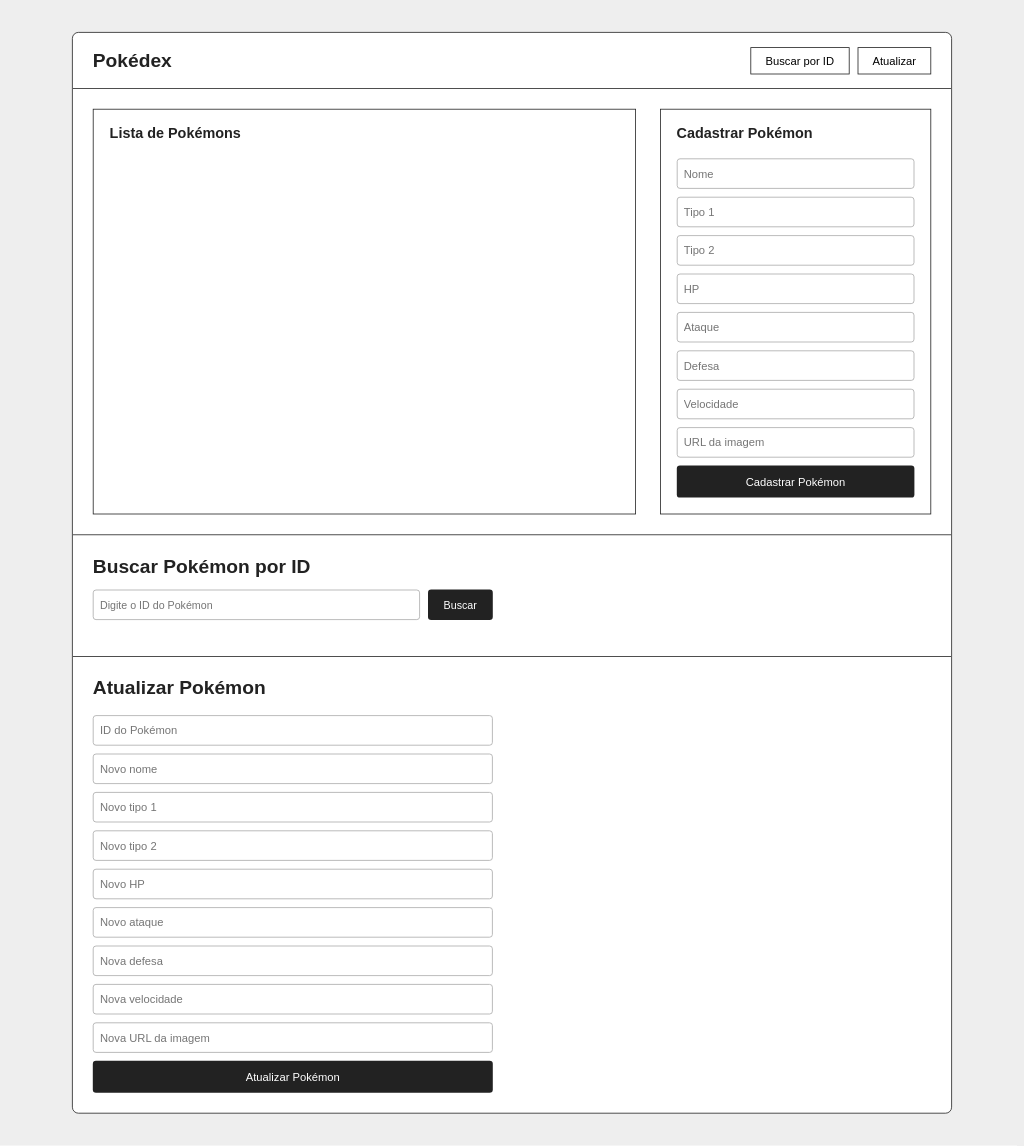
Repository: arthurSchgg/pokedex
Page: front-end/index.html
An editor plug-in stored every save of this project. The page is shown before and after a run of saves, followed by the edit.
The browser window is 1280 px wide. The pictures show the whole page, at 80% of full size.
The page's requests for data from a server got no answer.

Above is the page before, as saved 2026-10-01 16:35:03.

### front-end/index.html
<!DOCTYPE html>
<html lang="pt-br">

<head>
    <meta charset="UTF-8">
    <meta name="viewport" content="width=device-width, initial-scale=1.0">

    <link rel="stylesheet" href="style.css">

    <title>Pokédex</title>
</head>

<body>
    <div id="app">
        <header>

            <h1>Pokédex</h1>

            <nav>
                <button id="btn-buscar">
                    Buscar por ID
                </button>

                <button id="btn-atualizar">
                    Atualizar
                </button>
            </nav>

        </header>
        <main>

            <section class="lista">

                <h2>Lista de Pokémons</h2>

                <div id="container-pokemon">
                </div>

            </section>

            <aside class="lateral">

                <h2>Cadastrar Pokémon</h2>

                <form id="pokemon-form">

                    <input
                        id="nome"
                        type="text"
                        placeholder="Nome"
                        required
                    >

                    <input
                        id="tipo1"
                        type="text"
                        placeholder="Tipo 1"
                        required
                    >

                    <input
                        id="tipo2"
                        type="text"
                        placeholder="Tipo 2"
                    >

                    <input
                        id="hp"
                        type="number"
                        placeholder="HP"
                        required
                    >

                    <input
                        id="ataque"
                        type="number"
                        placeholder="Ataque"
                        required
                    >

                    <input
                        id="defesa"
                        type="number"
                        placeholder="Defesa"
                        required
                    >

                    <input
                        id="velocidade"
                        type="number"
                        placeholder="Velocidade"
                        required
                    >

                    <input
                        id="imagem_url"
                        type="text"
                        placeholder="URL da imagem"
                        required
                    >

                    <button type="submit">
                        Cadastrar Pokémon
                    </button>

                </form>

            </aside>

        </main>

        <section id="area-buscar">

            <h2>Buscar Pokémon por ID</h2>

            <div class="busca">

                <input
                    type="number"
                    id="id"
                    placeholder="Digite o ID do Pokémon"
                >

                <button id="buscar-pokemon">
                    Buscar
                </button>

            </div>

            <div id="pokemon-buscado"></div>

        </section>

        <section id="area-atualizar">

            <h2>Atualizar Pokémon</h2>

            <form id="pokemon-update-form">

                <input
                    type="number"
                    id="update-id"
                    placeholder="ID do Pokémon"
                    required
                >

                <input
                    type="text"
                    id="update-nome"
                    placeholder="Novo nome"
                    required
                >

                <input
                    type="text"
                    id="update-tipo1"
                    placeholder="Novo tipo 1"
                    required
                >

                <input
                    type="text"
                    id="update-tipo2"
                    placeholder="Novo tipo 2"
                >

                <input
                    type="number"
                    id="update-hp"
                    placeholder="Novo HP"
                    required
                >

                <input
                    type="number"
                    id="update-ataque"
                    placeholder="Novo ataque"
                    required
                >

                <input
                    type="number"
                    id="update-defesa"
                    placeholder="Nova defesa"
                    required
                >

                <input
                    type="number"
                    id="update-velocidade"
                    placeholder="Nova velocidade"
                    required
                >

                <input
                    type="text"
                    id="update-imagem_url"
                    placeholder="Nova URL da imagem"
                    required
                >

                <button type="submit">
                    Atualizar Pokémon
                </button>

            </form>

        </section>

    </div>

    <script src="script.js"></script>

</body>
</html>

### front-end/style.css
* {
    box-sizing: border-box;
    margin: 0;
    padding: 0;
}

body {
    font-family: Arial, Helvetica, sans-serif;

    background-color: #eeeeee;

    color: #222;

    padding: 40px;
}


/* =========================================
   APLICAÇÃO
========================================= */

#app {
    width: 1100px;

    max-width: 100%;

    margin: auto;

    background-color: white;

    border: 1px solid #222;

    border-radius: 8px;

    overflow: hidden;
}


/* =========================================
   HEADER
========================================= */

header {
    height: 70px;

    display: flex;

    align-items: center;

    justify-content: space-between;

    padding: 0 25px;

    border-bottom: 1px solid #222;
}

header h1 {
    font-size: 24px;
}

header nav {
    display: flex;

    gap: 10px;
}

header button {
    background-color: white;

    border: 1px solid #222;

    padding: 8px 18px;

    font-size: 14px;

    cursor: pointer;
}

header button:hover {
    background-color: #222;

    color: white;
}


/* =========================================
   ÁREA PRINCIPAL
========================================= */

main {
    display: grid;

    grid-template-columns: 2fr 1fr;

    gap: 30px;

    padding: 25px;
}


/* =========================================
   LISTA
========================================= */

.lista {
    border: 1px solid #222;

    padding: 20px;

    min-height: 500px;
}

.lista h2 {
    margin-bottom: 20px;

    font-size: 18px;
}


/* =========================================
   CONTAINER DOS POKÉMONS
========================================= */

#container-pokemon {
    display: grid;

    grid-template-columns: repeat(3, 1fr);

    gap: 15px;

    max-height: 430px;

    overflow-y: auto;

    padding-right: 5px;
}


/* =========================================
   CARD DO POKÉMON
========================================= */

.card-pokemon {
    border: 1px solid #ccc;

    border-radius: 8px;

    padding: 12px;

    text-align: center;

    background-color: #fafafa;

    cursor: pointer;

    transition: 0.2s;
}

.card-pokemon:hover {
    transform: translateY(-3px);

    border-color: #222;

    box-shadow: 0 4px 10px rgba(0, 0, 0, 0.15);
}

.card-pokemon img {
    width: 100px;

    height: 100px;

    object-fit: contain;

    margin: 10px auto;
}

.card-pokemon h2 {
    font-size: 17px;

    margin-bottom: 6px;
}

.card-pokemon p {
    font-size: 13px;
}

.pokemon-id {
    color: #777;

    font-size: 12px !important;
}

.pokemon-tipos {
    font-size: 13px;

    margin-top: 5px;
}


/* =========================================
   LADO DIREITO
========================================= */

.lateral {
    border: 1px solid #222;

    padding: 20px;

    min-height: 500px;
}

.lateral h2 {
    font-size: 18px;

    margin-bottom: 20px;
}


/* =========================================
   FORMULÁRIOS
========================================= */

form {
    display: flex;

    flex-direction: column;

    gap: 10px;
}

form input {
    width: 100%;

    height: 38px;

    padding: 8px;

    border: 1px solid #aaa;

    border-radius: 4px;

    font-size: 14px;
}

form input:focus {
    outline: none;

    border-color: #222;
}

form button {
    height: 40px;

    border: none;

    border-radius: 4px;

    background-color: #222;

    color: white;

    cursor: pointer;

    font-size: 14px;
}

form button:hover {
    background-color: #444;
}


/* =========================================
   BUSCAR
========================================= */

#area-buscar {
    border-top: 1px solid #222;

    padding: 25px;
}

#area-buscar h2 {
    margin-bottom: 15px;
}

.busca {
    display: flex;

    gap: 10px;

    max-width: 500px;
}

.busca input {
    flex: 1;

    height: 38px;

    padding: 8px;

    border: 1px solid #aaa;

    border-radius: 4px;
}

.busca button {
    padding: 0 20px;

    border: none;

    background-color: #222;

    color: white;

    border-radius: 4px;

    cursor: pointer;
}


/* =========================================
   RESULTADO DA BUSCA
========================================= */

#pokemon-buscado {
    margin-top: 20px;
}

#pokemon-buscado .card-pokemon {
    max-width: 350px;

    cursor: default;
}


/* =========================================
   ATUALIZAÇÃO
========================================= */

#area-atualizar {
    border-top: 1px solid #222;

    padding: 25px;
}

#area-atualizar h2 {
    margin-bottom: 20px;
}

#pokemon-update-form {
    max-width: 500px;
}


/* =========================================
   RESPONSIVO
========================================= */

@media (max-width: 800px) {

    body {
        padding: 10px;
    }

    main {
        grid-template-columns: 1fr;
    }

    #container-pokemon {
        grid-template-columns: repeat(2, 1fr);
    }

    header {
        height: auto;

        padding: 20px;

        gap: 15px;

        flex-direction: column;
    }

}


@media (max-width: 500px) {

    #container-pokemon {
        grid-template-columns: 1fr;
    }

}

### front-end/script.js
const API_URL = "http://localhost:8181/v1/pokedex";

//Lista os pokemons
async function carregarPokemon() {
    try {
        const resposta = await fetch(`${API_URL}/listar`);

        if (!resposta.ok) {
            throw new Error(`Erro no servidor: ${resposta.status}`);
        }

        const pokemons = await resposta.json();

        console.log("Pokémons carregados:", pokemons);

        const container = document.getElementById("container-pokemon");

        pokemons.forEach(pokemon => {

            const card = document.createElement("div");

            card.innerHTML = `
                <p class="pokemon-id">#${String(pokemon.id).padStart(3, "0")}</p>

                <img src="${pokemon.imagemUrl}" alt="${pokemon.nome}">

                <h2>${pokemon.nome}</h2>

                <div class="pokemon-tipos">
                    <span>${pokemon.tipo1}</span>
                    ${pokemon.tipo2 ? `<span> / ${pokemon.tipo2}</span>` : ""}
                </div>

            `;

            container.appendChild(card);
        });

    } catch (erro) {
        console.error("Erro ao buscar pokémons na linha do fetch:", erro);
    }
}

carregarPokemon();


//Cadastra um novo pokémon
const formulario = document.getElementById("pokemon-form");

formulario.addEventListener("submit", async (event) => {

    event.preventDefault();

    const pokemon = {

        nome: document.getElementById("nome").value,

        tipo1: document.getElementById("tipo1").value,

        tipo2: document.getElementById("tipo2").value,

        hp: Number(document.getElementById("hp").value),

        ataque: Number(document.getElementById("ataque").value),

        defesa: Number(document.getElementById("defesa").value),

        velocidade: Number(document.getElementById("velocidade").value),

        imagemUrl: document.getElementById("imagem_url").value
    }

    try {
        const resposta = await fetch(
            "http://localhost:8181/v1/pokedex/cadastrar",
            {
                method: "POST",

                headers: {
                    "Content-Type": "application/json"
                },

                body: JSON.stringify(pokemon)
            }
        );

        if (!resposta.ok) {
            throw new Error("Erro ao cadastrar Pokémon");
        }

        const pokemonCadastrado = await resposta.json();

        console.log("Pokémon cadastrado: " + pokemonCadastrado);

        alert("Pokémon cadastrado com sucesso!");

        formulario.reset();
    } catch (erro) {
        console.error("Erro: ", erro);

        alert("Não foi possível cadastrar o Pokémon.")
    }
});

//Busca um pokémon pelo seu ID

const botaoBuscar = document.getElementById("buscar-pokemon");

botaoBuscar.addEventListener("click", async () => {

    const id = document.getElementById("id").value;

    if (!id) {
        alert("Digite um ID.");
        return;
    }

    try {
        const resposta = await fetch(`${API_URL}/${id}`);

        if (!resposta.ok) {
            throw new Error(`Pokémon não encontrado. Status: ${resposta.status}`);
        }

        const pokemon = await resposta.json();

        console.log("Pokémon encontrado: ", pokemon);

        const container = document.getElementById("pokemon-buscado");

        container.innerHTML = `
            <div class="card-pokemon">

                <h2>${pokemon.nome}</h2>

                <img
                    src="${pokemon.imagemUrl}"
                    alt="${pokemon.nome}"
                >

                <p>Tipo 1: ${pokemon.tipo1}</p>
                <p>Tipo 2: ${pokemon.tipo2 || "Nenhum"}</p>

                <p>HP: ${pokemon.hp}</p>
                <p>Ataque: ${pokemon.ataque}</p>
                <p>Defesa: ${pokemon.defesa}</p>
                <p>Velocidade: ${pokemon.velocidade}</p>

            </div>
        `;
    } catch (erro) {
        console.error("Erro ao buscar o Pokémon: ", erro);

        alert("Pokémon não encontrado");
    }

});


//Atualiza o pokémon pelo ID
const formularioUpdate = document.getElementById("pokemon-update-form");

formularioUpdate.addEventListener("submit", async (event) => {

    event.preventDefault();

    const id = document.getElementById("update-id").value;

    if (!id) {
        alert("Digite o ID do pokémon");
        return;
    }

    const pokemon = {

        nome: document.getElementById("update-nome").value,

        tipo1: document.getElementById("update-tipo1").value,

        tipo2: document.getElementById("update-tipo2").value,

        hp: Number(document.getElementById("update-hp").value),

        ataque: Number(document.getElementById("update-ataque").value),

        defesa: Number(document.getElementById("update-defesa").value),

        velocidade: Number(
            document.getElementById("update-velocidade").value
        ),

        imagemUrl: document.getElementById("update-imagem_url").value
    };

    try {
        const resposta = await fetch(`${API_URL}/${id}`, {
            method: "PUT",

            headers: {
                "Content-Type": "application/json"
            },

            body: JSON.stringify(pokemon)
        });

        if (!resposta.ok) {
            throw new Error(`Erro ao atualizar o pokémon: ${resposta.status}`);
        }

        const pokemonAtualizado = await resposta.json();

        console.log("Pokémon atualizado", pokemonAtualizado);

        alert("Pokémon atualizado com sucesso!");

        formularioUpdate.reset();

    } catch (erro) {

        console.error("Erro ao atulizar o Pokémon: ", erro);

        alert("Não foi possível atualizar o Pokémon");
    }
});

After the next 2 saves:
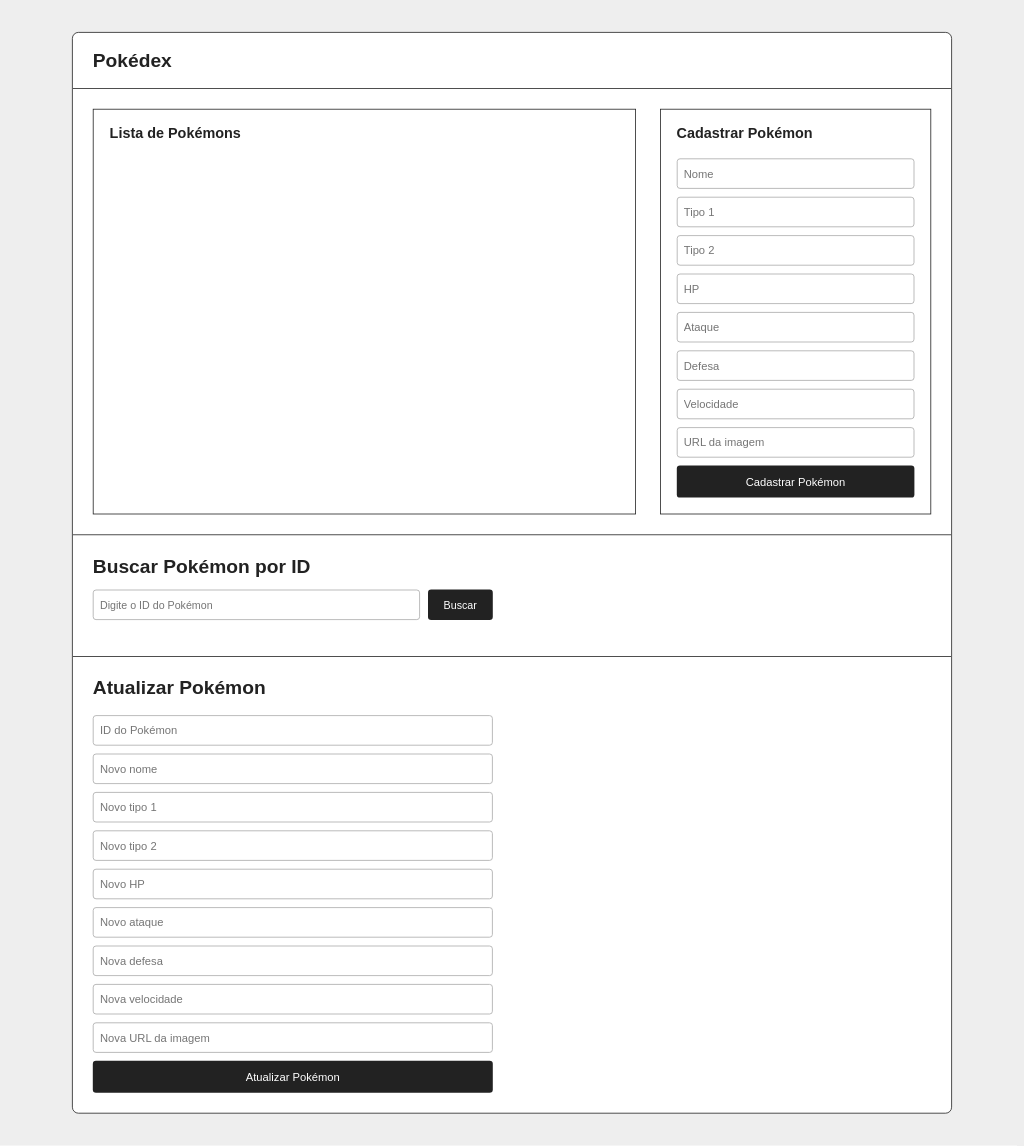
The 2 saves are shown as one change because they came seconds apart.
The last was saved 117 s later.
--- a/front-end/index.html
+++ b/front-end/index.html
@@ -15,16 +15,6 @@
         <header>
 
             <h1>Pokédex</h1>
-
-            <nav>
-                <button id="btn-buscar">
-                    Buscar por ID
-                </button>
-
-                <button id="btn-atualizar">
-                    Atualizar
-                </button>
-            </nav>
 
         </header>
         <main>
@@ -44,60 +34,21 @@
 
                 <form id="pokemon-form">
 
-                    <input
-                        id="nome"
-                        type="text"
-                        placeholder="Nome"
-                        required
-                    >
+                    <input id="nome" type="text" placeholder="Nome" required>
 
-                    <input
-                        id="tipo1"
-                        type="text"
-                        placeholder="Tipo 1"
-                        required
-                    >
+                    <input id="tipo1" type="text" placeholder="Tipo 1" required>
 
-                    <input
-                        id="tipo2"
-                        type="text"
-                        placeholder="Tipo 2"
-                    >
+                    <input id="tipo2" type="text" placeholder="Tipo 2">
 
-                    <input
-                        id="hp"
-                        type="number"
-                        placeholder="HP"
-                        required
-                    >
+                    <input id="hp" type="number" placeholder="HP" required>
 
-                    <input
-                        id="ataque"
-                        type="number"
-                        placeholder="Ataque"
-                        required
-                    >
+                    <input id="ataque" type="number" placeholder="Ataque" required>
 
-                    <input
-                        id="defesa"
-                        type="number"
-                        placeholder="Defesa"
-                        required
-                    >
+                    <input id="defesa" type="number" placeholder="Defesa" required>
 
-                    <input
-                        id="velocidade"
-                        type="number"
-                        placeholder="Velocidade"
-                        required
-                    >
+                    <input id="velocidade" type="number" placeholder="Velocidade" required>
 
-                    <input
-                        id="imagem_url"
-                        type="text"
-                        placeholder="URL da imagem"
-                        required
-                    >
+                    <input id="imagem_url" type="text" placeholder="URL da imagem" required>
 
                     <button type="submit">
                         Cadastrar Pokémon
@@ -115,11 +66,7 @@
 
             <div class="busca">
 
-                <input
-                    type="number"
-                    id="id"
-                    placeholder="Digite o ID do Pokémon"
-                >
+                <input type="number" id="id" placeholder="Digite o ID do Pokémon">
 
                 <button id="buscar-pokemon">
                     Buscar
@@ -137,67 +84,23 @@
 
             <form id="pokemon-update-form">
 
-                <input
-                    type="number"
-                    id="update-id"
-                    placeholder="ID do Pokémon"
-                    required
-                >
+                <input type="number" id="update-id" placeholder="ID do Pokémon" required>
 
-                <input
-                    type="text"
-                    id="update-nome"
-                    placeholder="Novo nome"
-                    required
-                >
+                <input type="text" id="update-nome" placeholder="Novo nome" required>
 
-                <input
-                    type="text"
-                    id="update-tipo1"
-                    placeholder="Novo tipo 1"
-                    required
-                >
+                <input type="text" id="update-tipo1" placeholder="Novo tipo 1" required>
 
-                <input
-                    type="text"
-                    id="update-tipo2"
-                    placeholder="Novo tipo 2"
-                >
+                <input type="text" id="update-tipo2" placeholder="Novo tipo 2">
 
-                <input
-                    type="number"
-                    id="update-hp"
-                    placeholder="Novo HP"
-                    required
-                >
+                <input type="number" id="update-hp" placeholder="Novo HP" required>
 
-                <input
-                    type="number"
-                    id="update-ataque"
-                    placeholder="Novo ataque"
-                    required
-                >
+                <input type="number" id="update-ataque" placeholder="Novo ataque" required>
 
-                <input
-                    type="number"
-                    id="update-defesa"
-                    placeholder="Nova defesa"
-                    required
-                >
+                <input type="number" id="update-defesa" placeholder="Nova defesa" required>
 
-                <input
-                    type="number"
-                    id="update-velocidade"
-                    placeholder="Nova velocidade"
-                    required
-                >
+                <input type="number" id="update-velocidade" placeholder="Nova velocidade" required>
 
-                <input
-                    type="text"
-                    id="update-imagem_url"
-                    placeholder="Nova URL da imagem"
-                    required
-                >
+                <input type="text" id="update-imagem_url" placeholder="Nova URL da imagem" required>
 
                 <button type="submit">
                     Atualizar Pokémon
@@ -212,4 +115,5 @@
     <script src="script.js"></script>
 
 </body>
+
 </html>
